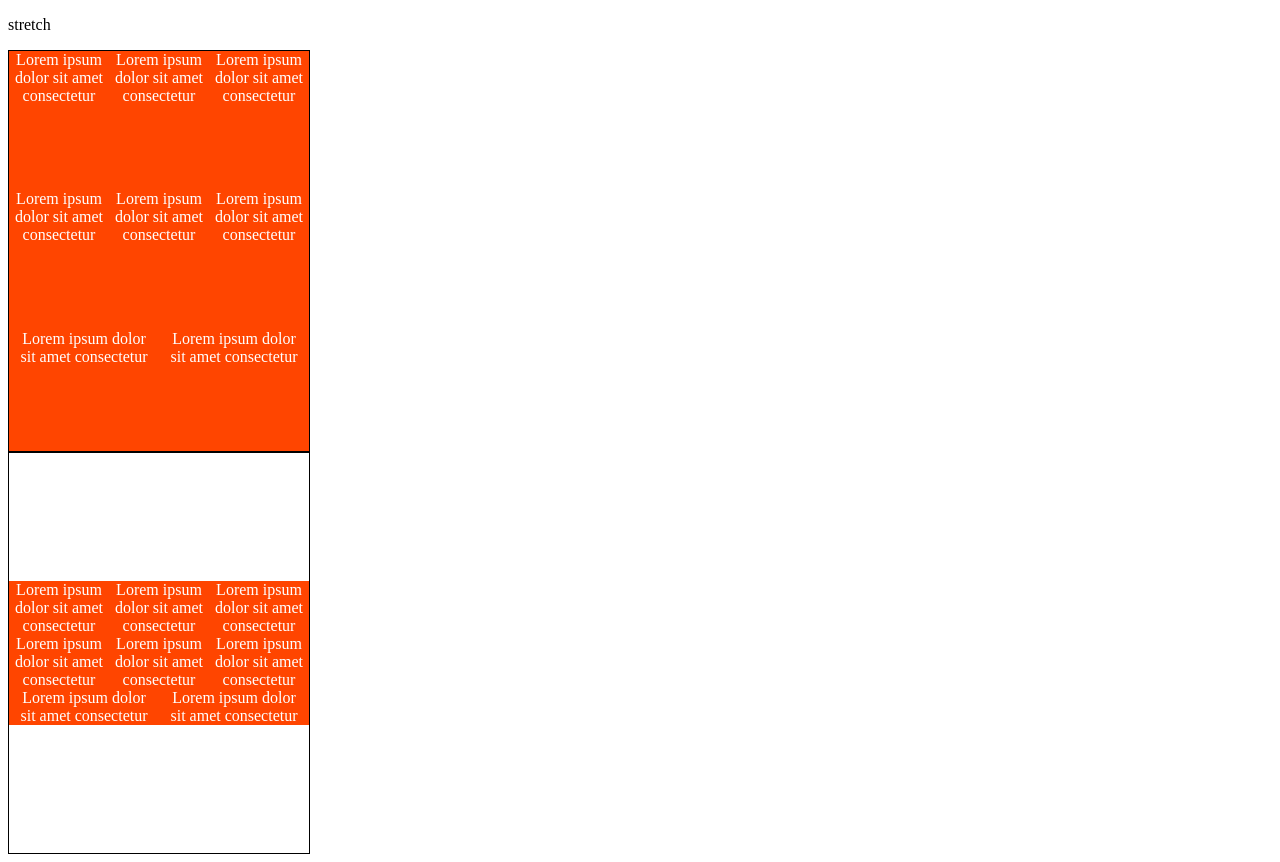
Repository: gabrielbino/projects-dio
Page: Flexbox/@align-content.html
These files come from the project's save history. The page is drawn as it stood at one moment and after the next save; the edit follows.
The browser window is 1280 px wide. The pictures show the whole page.

Above is the page before, as saved 2021-10-22 18:37:01.

After the next save:
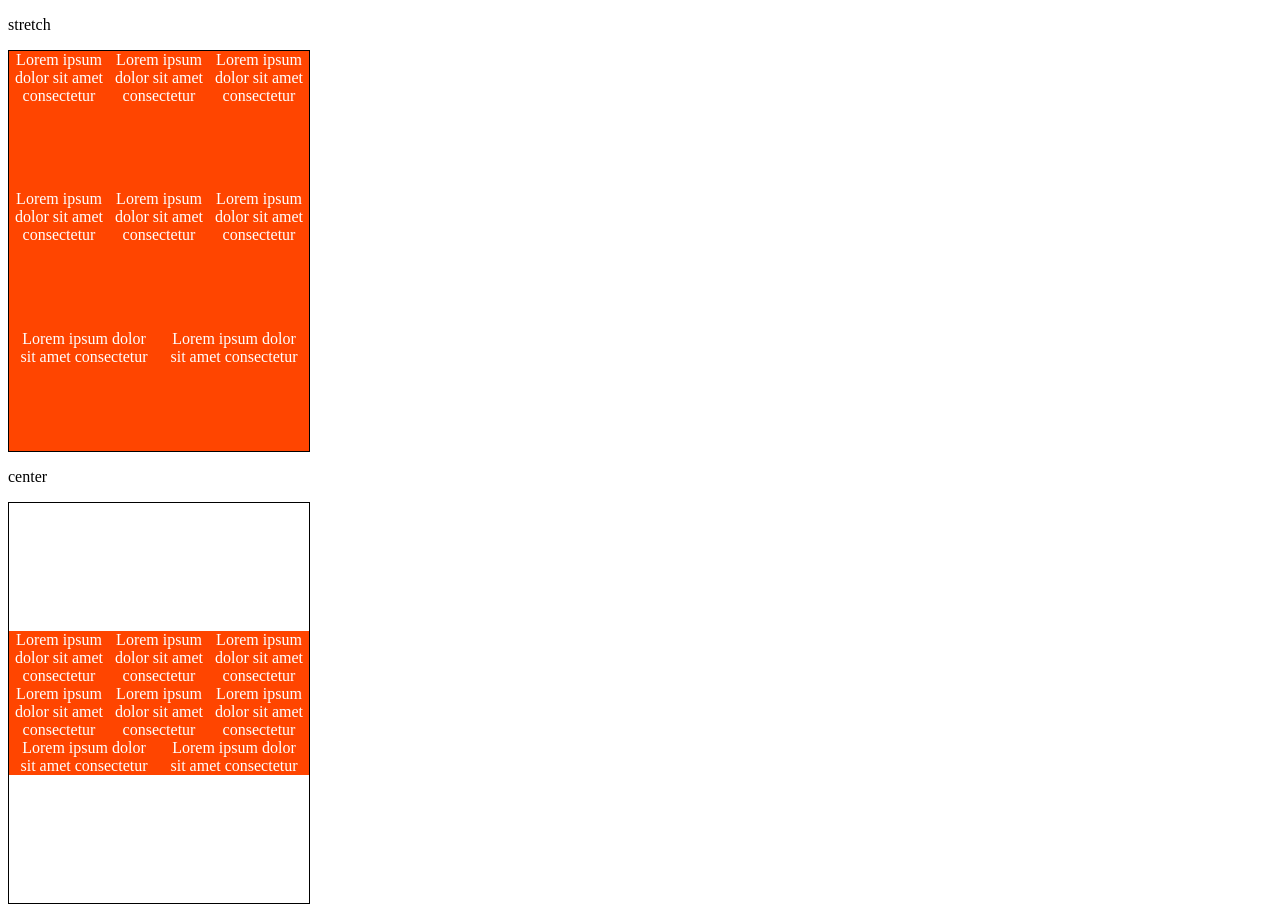
Saved 7 s later.
--- a/Flexbox/@align-content.html
+++ b/Flexbox/@align-content.html
@@ -43,6 +43,7 @@
       <div class="item">Lorem ipsum dolor sit amet consectetur</div>
     </div>
 
+    <p>center</p>
     <div class="container center">
       <div class="item">Lorem ipsum dolor sit amet consectetur</div>
       <div class="item">Lorem ipsum dolor sit amet consectetur</div>
